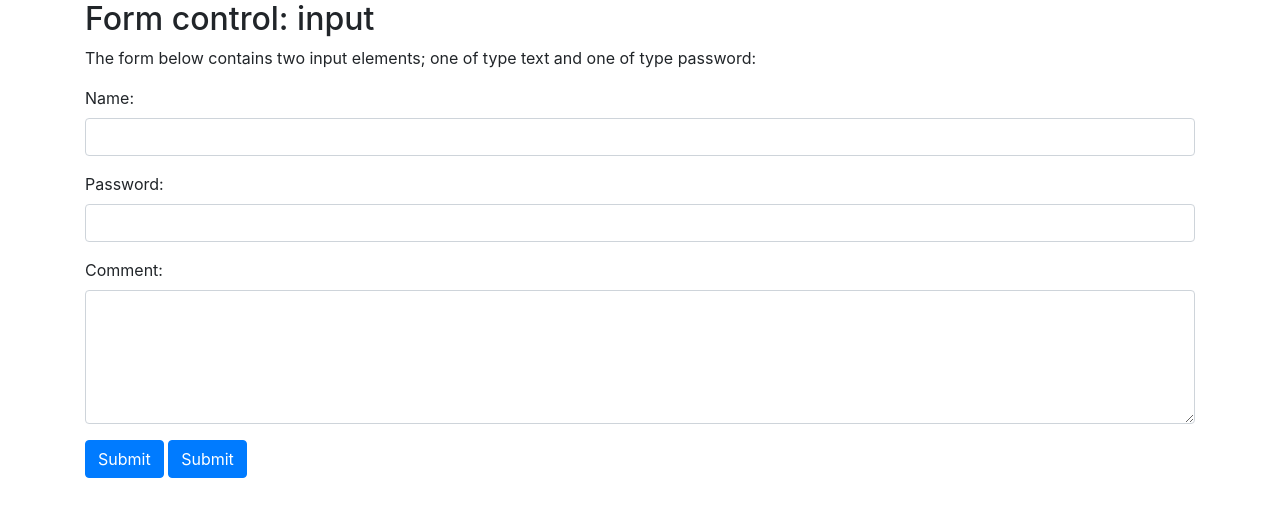
Repository: kurunai/jsp3
Page: http://localhost/jsp_project2/board/register.jsp
These files come from the project's save history. The page is drawn as it stood at one moment and after the next save; the edit follows.
The browser window is 1280 px wide. The pictures show the whole page.
The page is served by Tomcat 9. Other server files are loaded and not shown.

Above is the page before, as saved 2022-08-29 09:11:24.

### _jsp3_workspace/jsp_project2/src/main/webapp/board/register.jsp
<%@ page language="java" contentType="text/html; charset=UTF-8"
    pageEncoding="UTF-8"%>
<%@ taglib uri="http://java.sun.com/jsp/jstl/core" prefix="c"%>
<!DOCTYPE html>
<html lang="en">
<head>
  <title>Bootstrap Example</title>
  <meta charset="utf-8">
  <meta name="viewport" content="width=device-width, initial-scale=1">
  <link rel="stylesheet" href="https://cdn.jsdelivr.net/npm/bootstrap@4.6.1/dist/css/bootstrap.min.css">
  <script src="https://cdn.jsdelivr.net/npm/jquery@3.6.0/dist/jquery.slim.min.js"></script>
  <script src="https://cdn.jsdelivr.net/npm/popper.js@1.16.1/dist/umd/popper.min.js"></script>
  <script src="https://cdn.jsdelivr.net/npm/bootstrap@4.6.1/dist/js/bootstrap.bundle.min.js"></script>
</head>
<body>

<div class="container">
  <h2>Form control: input</h2>
  <p>The form below contains two input elements; one of type text and one of type password:</p>
  <form action="/action_page.php">
    <div class="form-group">
      <label for="usr">Name:</label>
      <input type="text" class="form-control" id="usr" name="username">
    </div>
    <div class="form-group">
      <label for="pwd">Password:</label>
      <input type="password" class="form-control" id="pwd" name="password">
    </div>
    <div class="form-group">
      <label for="comment">Comment:</label>
      <textarea class="form-control" rows="5" id="comment" name="text"></textarea>
    </div>
    <button type="submit" class="btn btn-primary">Submit</button>
    <button type="submit" class="btn btn-primary">Submit</button>
  </form>
</div>

</body>
</html>


<%-- <!DOCTYPE html>
<html>
<head>
<meta charset="UTF-8">
<title>Insert title here</title>
</head>
<body>
	<h1>Register Page</h1>
	<form action="/brd/insert" method="post">
		Title : <input type="text" name="title"><br>
		Writer : <input type="text" name="writer" value="${ses.email }" readonly><br>
		Content : <textarea rows="3" cols="30" name="content"></textarea><br>
		<button type="submit">등록</button>
	</form>
</body>
</html> --%>

After the next save:
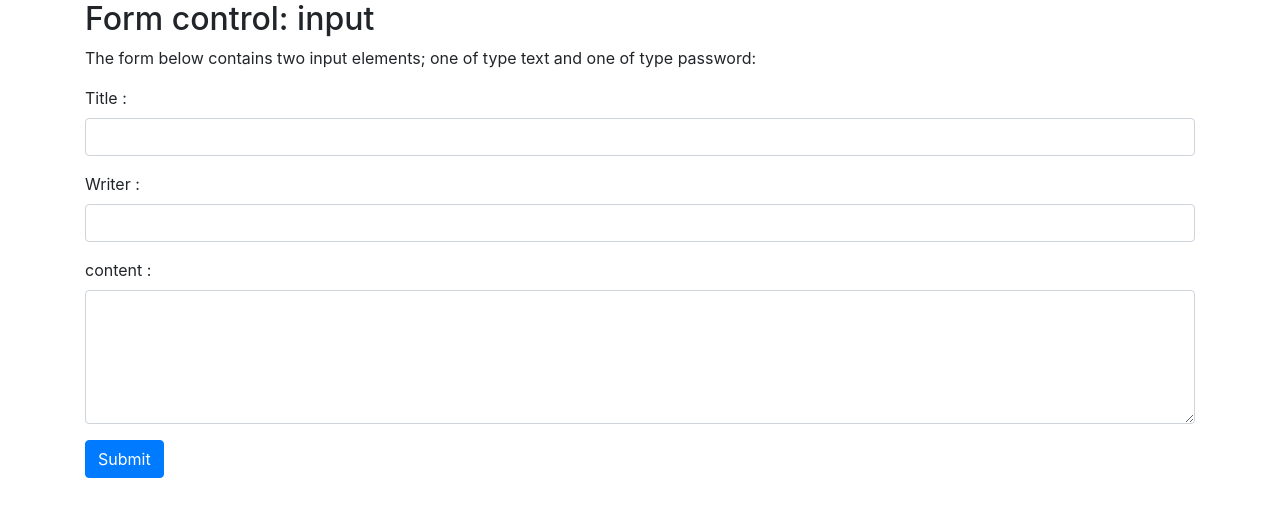
Saved 74 s later.
--- a/_jsp3_workspace/jsp_project2/src/main/webapp/board/register.jsp
+++ b/_jsp3_workspace/jsp_project2/src/main/webapp/board/register.jsp
@@ -17,20 +17,19 @@
 <div class="container">
   <h2>Form control: input</h2>
   <p>The form below contains two input elements; one of type text and one of type password:</p>
-  <form action="/action_page.php">
+  <form action="/brd/insert" method="post">
     <div class="form-group">
-      <label for="usr">Name:</label>
+      <label for="usr">Title : </label>
       <input type="text" class="form-control" id="usr" name="username">
     </div>
     <div class="form-group">
-      <label for="pwd">Password:</label>
+      <label for="pwd">Writer : </label>
       <input type="password" class="form-control" id="pwd" name="password">
     </div>
     <div class="form-group">
-      <label for="comment">Comment:</label>
+      <label for="comment">content : </label>
       <textarea class="form-control" rows="5" id="comment" name="text"></textarea>
     </div>
-    <button type="submit" class="btn btn-primary">Submit</button>
     <button type="submit" class="btn btn-primary">Submit</button>
   </form>
 </div>
